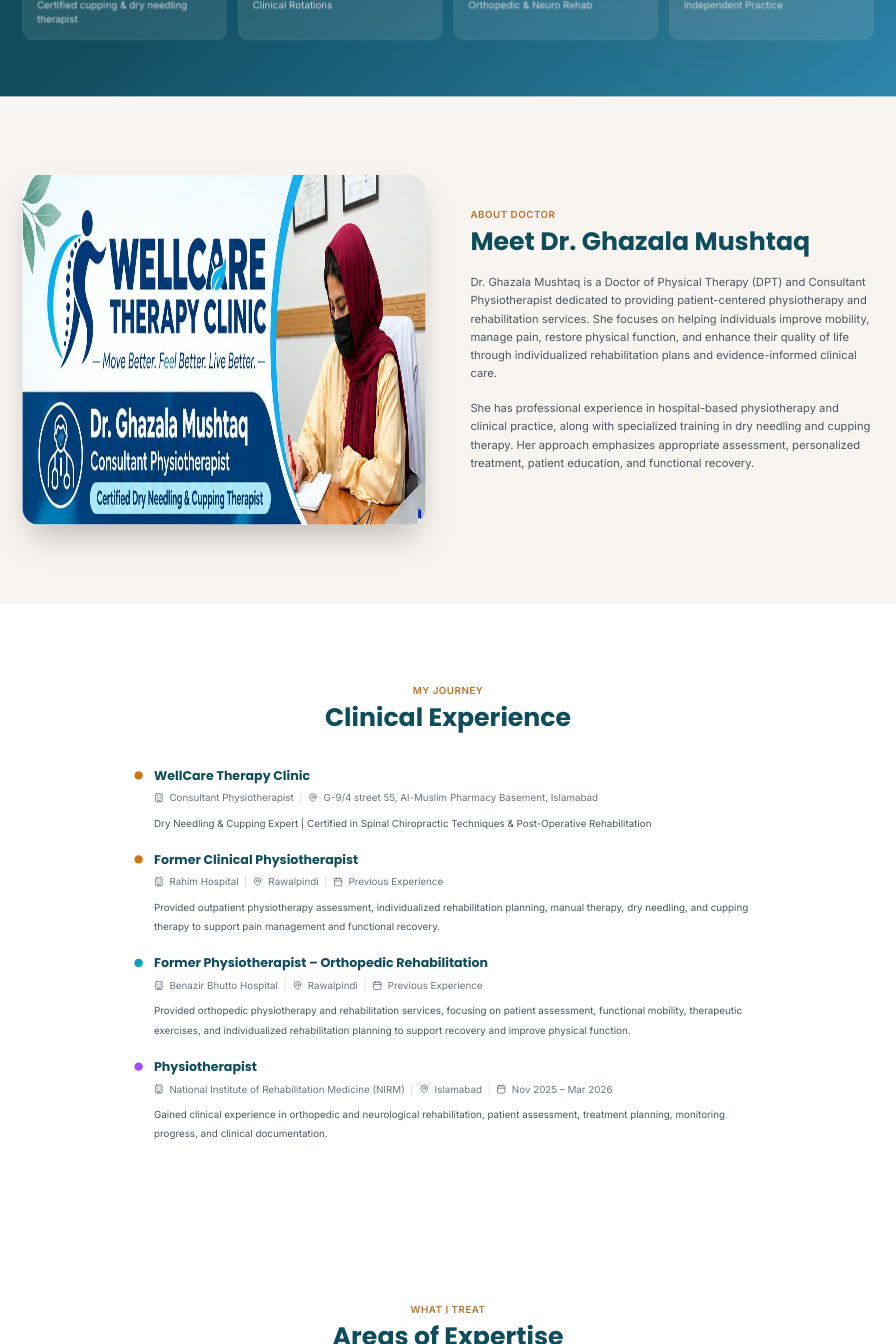
Repository: DaniGull01/dr_ghazala_mushtaq
Page: /
These files come from the project's save history. The page is drawn as it stood at one moment and after the next save; the edit follows.
The browser window is 1280 px wide. The pictures show the part of the page from y = 864 to 2784 px (the page is 12303 px tall before and 12137 px after), at 70% of full size.
Pictures or frames that could not be fetched are drawn as grey boxes. The project was rebuilt for these pictures with package versions that can differ from the ones it lists, and the page was loaded fresh each time. Also part of the build but not shown: vite.config.js.

Above is the page before, as saved 2026-10-21 19:57:27.

### index.html
<!doctype html>
<html lang="en">
  <head>
    <meta charset="UTF-8" />
    <link rel="icon" type="image/svg+xml" href="/vite.svg" />
    <meta name="viewport" content="width=device-width, initial-scale=1.0" />
    <meta name="description" content="Dr. Ghazala Mushtaq - Doctor of Physical Therapy (DPT). Specializing in musculoskeletal, orthopedic, neurological and pediatric rehabilitation." />
    <meta name="keywords" content="physiotherapist, physical therapy, DPT, rehabilitation, Islamabad, Rawalpindi" />
    <link rel="preconnect" href="https://fonts.googleapis.com" />
    <link rel="preconnect" href="https://fonts.gstatic.com" crossorigin />
    <link href="https://fonts.googleapis.com/css2?family=Inter:wght@300;400;500;600;700&family=Poppins:wght@400;500;600;700;800&display=swap" rel="stylesheet" />
    <title>Dr. Ghazala Mushtaq | Doctor of Physical Therapy</title>
  </head>
  <body>
    <div id="root"></div>
    <script type="module" src="/src/main.jsx"></script>
  </body>
</html>

### src/App.jsx
import Navbar from './components/Navbar'
import Hero from './components/Hero'
import About from './components/About'
import Expertise from './components/Expertise'
import Services from './components/Services'
import Experience from './components/Experience'
import Certifications from './components/Certifications'
import Research from './components/Research'
import Skills from './components/Skills'
import Achievements from './components/Achievements'
import WhyChooseMe from './components/WhyChooseMe'
import CTA from './components/CTA'
import Contact from './components/Contact'
import Footer from './components/Footer'
import Reviews from './components/Reviews'

export default function App() {
  return (
    <div className="min-h-screen bg-white">
      <Navbar />
      <Hero />
      <About />
      <Experience />
      <Expertise />
      <Services />

      <Certifications />
      <Research />
      <Skills />
      <Achievements />
      <WhyChooseMe />
       <Reviews/>
      <CTA />
      <Contact />
      <Footer />
    </div>
  )
}

### src/index.css
@import "tailwindcss";

@theme {
  --color-deep-teal: #0F4C5C;
  --color-medical-blue: #2E86AB;
  --color-warm-copper: #B87333;
  --color-light-cream: #F8F5F0;
  --color-soft-gray: #6B7280;

  --font-heading: 'Poppins', sans-serif;
  --font-body: 'Inter', sans-serif;
}

html {
  scroll-behavior: smooth;
}

body {
  font-family: var(--font-body);
  color: #1f2937;
}

::-webkit-scrollbar {
  width: 8px;
}

::-webkit-scrollbar-track {
  background: #f1f1f1;
}

::-webkit-scrollbar-thumb {
  background: var(--color-medical-blue);
  border-radius: 4px;
}

::selection {
  background: var(--color-medical-blue);
  color: white;
}

### src/components/About.jsx
import { motion } from 'framer-motion'
import { Quote } from 'lucide-react'

const fadeUp = {
  hidden: { opacity: 0, y: 40 },
  visible: { opacity: 1, y: 0 },
}

export default function About() {
  return (
    <section id="about" className="py-20 lg:py-28 bg-light-cream">
      <div className="max-w-7xl mx-auto px-4 sm:px-6 lg:px-8">
        <div className="grid lg:grid-cols-2 gap-12 lg:gap-16 items-center">
          {/* Left - Image Placeholder */}
          <motion.div
            initial="hidden"
            whileInView="visible"
            viewport={{ once: true, margin: '-100px' }}
            variants={fadeUp}
            transition={{ duration: 0.6 }}
            className="relative"
          >
            <div className="relative rounded-3xl overflow-hidden shadow-2xl">
              <div className="w-full h-[500px]">
                <img
                  src="./About-pic.jpeg"
                  alt="Dr. Ghazala Mushtaq"
                  className="w-full h-full object-fill"
                />
                {/* Gradient overlay */}

              </div>
            </div>
            {/* Decorative elements */}
            <div className="absolute -bottom-4 -right-4 w-24 h-24 border-2 border-warm-copper/30 rounded-2xl -z-10" />
            <div className="absolute -top-4 -left-4 w-24 h-24 bg-warm-copper/10 rounded-2xl -z-10" />
          </motion.div>

          {/* Right - Content */}
          <motion.div
            initial="hidden"
            whileInView="visible"
            viewport={{ once: true, margin: '-100px' }}
            variants={fadeUp}
            transition={{ duration: 0.6, delay: 0.2 }}
          >
            <span className="text-warm-copper font-semibold text-sm tracking-wider uppercase">About Doctor</span>
            <h2 className="text-3xl lg:text-4xl font-heading font-bold text-deep-teal mt-2 mb-6">
              Meet Dr. Ghazala Mushtaq
            </h2>
            <p className="text-gray-600 leading-relaxed mb-6">
             Dr. Ghazala Mushtaq is a Doctor of Physical Therapy (DPT) and Consultant Physiotherapist dedicated to providing patient-centered physiotherapy and rehabilitation services. She focuses on helping individuals improve mobility, manage pain, restore physical function, and enhance their quality of life through individualized rehabilitation plans and evidence-informed clinical care.
            </p>
            <p className="text-gray-600 leading-relaxed mb-8">
              She has professional experience in hospital-based physiotherapy and clinical practice, along with specialized training in dry needling and cupping therapy. Her approach emphasizes appropriate assessment, personalized treatment, patient education, and functional recovery.
            </p>


          </motion.div>
        </div>
      </div>
    </section>
  )
}

### src/components/Experience.jsx

import { Building, MapPin, Calendar } from 'lucide-react'

const experiences = [
   {
    title: 'WellCare Therapy Clinic',
    org: 'Consultant Physiotherapist',
    location: 'G-9/4 street 55, Al-Muslim Pharmacy Basement, Islamabad',
    period: '',
    description:
      'Dry Needling & Cupping Expert | Certified in Spinal Chiropractic Techniques & Post-Operative Rehabilitation',
    color: 'from-warm-copper to-amber-600',
  },
  {
    period: 'Previous Experience',
    title: 'Former Clinical Physiotherapist',
    org: 'Rahim Hospital',
    location: 'Rawalpindi',
    description:
      'Provided outpatient physiotherapy assessment, individualized rehabilitation planning, manual therapy, dry needling, and cupping therapy to support pain management and functional recovery.',
    color: 'from-warm-copper to-amber-600',
  },
  {
    period: 'Previous Experience',
    title: 'Former Physiotherapist – Orthopedic Rehabilitation',
    org: 'Benazir Bhutto Hospital',
    location: 'Rawalpindi',
    description:
      'Provided orthopedic physiotherapy and rehabilitation services, focusing on patient assessment, functional mobility, therapeutic exercises, and individualized rehabilitation planning to support recovery and improve physical function.',
    color: 'from-medical-blue to-cyan-500',
  },
  {
    period: 'Nov 2025 – Mar 2026',
    title: 'Physiotherapist',
    org: 'National Institute of Rehabilitation Medicine (NIRM)',
    location: 'Islamabad',
    description:
      'Gained clinical experience in orthopedic and neurological rehabilitation, patient assessment, treatment planning, monitoring progress, and clinical documentation.',
    color: 'from-purple-500 to-violet-500',
  }
]
export default function Experience() {
  return (
    <section id="experience" className="py-20 lg:py-28 bg-white">
      <div className="max-w-7xl mx-auto px-4 sm:px-6 lg:px-8">
        <div className="text-center mb-12">
          <span className="text-warm-copper font-semibold text-sm tracking-wider uppercase">
            My Journey
          </span>

          <h2 className="text-3xl lg:text-4xl font-heading font-bold text-deep-teal mt-2">
            Clinical Experience
          </h2>
        </div>

        <div className="max-w-4xl mx-auto">
          <ul className="space-y-6">
            {experiences.map((exp) => (
              <li key={exp.title} className="flex items-start gap-4">
                <div
                  className={`mt-2 w-3 h-3 rounded-full bg-gradient-to-br ${exp.color} flex-shrink-0`}
                />

                <div className="flex-1">
                  <h3 className="text-lg font-heading font-bold text-deep-teal mb-2">
                    {exp.title}
                  </h3>

                  <div className="flex flex-wrap items-center gap-2 text-gray-500 text-sm mb-3">
                    <Building size={14} />
                    <span>{exp.org}</span>

                    {exp.location && (
                      <>
                        <span className="text-gray-300">|</span>
                        <MapPin size={14} />
                        <span>{exp.location}</span>
                      </>
                    )}

                    {exp.period && (
                      <>
                        <span className="text-gray-300">|</span>
                        <Calendar size={14} />
                        <span>{exp.period}</span>
                      </>
                    )}
                  </div>

                  <p className="text-gray-600 text-sm leading-7">
                    {exp.description}
                  </p>
                </div>
              </li>
            ))}
          </ul>
        </div>
      </div>
    </section>
  )
}

### src/components/Skills.jsx
import { motion } from 'framer-motion'
import { useInView } from 'framer-motion'
import { useRef } from 'react'

const skills = [
  { name: 'Patient Assessment', level: 95 },
  { name: 'Manual Therapy', level: 92 },
  { name: 'Musculoskeletal Rehabilitation', level: 93 },
  { name: 'Orthopedic Rehabilitation', level: 90 },
  { name: 'Neurological Rehabilitation', level: 85 },
  { name: 'Dry Needling', level: 88 },
  { name: 'Cupping Therapy', level: 90 },
  { name: 'Electrotherapy', level: 87 },
  { name: 'Pain Management', level: 91 },
  { name: 'Documentation & Reporting', level: 89 },
]

function SkillBar({ name, level, index }) {
  const ref = useRef(null)
  const isInView = useInView(ref, { once: true, margin: '-50px' })

  return (
    <div ref={ref} className="space-y-2">
      <div className="flex justify-between items-center">
        <span className="text-sm font-medium text-gray-700">{name}</span>
        <span className="text-xs font-bold text-medical-blue">{level}%</span>
      </div>
      <div className="w-full h-2.5 bg-gray-100 rounded-full overflow-hidden">
        <motion.div
          initial={{ width: 0 }}
          animate={isInView ? { width: `${level}%` } : { width: 0 }}
          transition={{ duration: 1, delay: index * 0.1, ease: 'easeOut' }}
          className="h-full rounded-full bg-gradient-to-r from-medical-blue to-deep-teal"
        />
      </div>
    </div>
  )
}

export default function Skills() {
  return (
    <section id="skills" className="py-20 lg:py-28 bg-light-cream">
      <div className="max-w-7xl mx-auto px-4 sm:px-6 lg:px-8">
        <motion.div
          initial={{ opacity: 0, y: 30 }}
          whileInView={{ opacity: 1, y: 0 }}
          viewport={{ once: true }}
          transition={{ duration: 0.6 }}
          className="text-center mb-16"
        >
          <span className="text-warm-copper font-semibold text-sm tracking-wider uppercase">Proficiencies</span>
          <h2 className="text-3xl lg:text-4xl font-heading font-bold text-deep-teal mt-2">
            Professional Skills
          </h2>
          <p className="text-gray-500 mt-4 max-w-2xl mx-auto">
            Clinical competencies developed through rigorous training and practice
          </p>
        </motion.div>

        <div className="grid lg:grid-cols-5 gap-8 items-center max-w-5xl mx-auto">
          {/* Skills Bars */}
          <div className="lg:col-span-3">
            <div className="grid sm:grid-cols-2 gap-x-12 gap-y-6">
              {skills.map((skill, index) => (
                <SkillBar key={skill.name} name={skill.name} level={skill.level} index={index} />
              ))}
            </div>
          </div>

          {/* Image */}
          <motion.div
            initial={{ opacity: 0, x: 30 }}
            whileInView={{ opacity: 1, x: 0 }}
            viewport={{ once: true }}
            transition={{ duration: 0.6, delay: 0.3 }}
            className="lg:col-span-2"
          >
            <div className="relative rounded-3xl overflow-hidden shadow-xl">
              <img
                src="https://images.unsplash.com/photo-1579684385127-1ef15d508118?w=500&q=80"
                alt="Physiotherapy practice"
                className="w-full h-72 lg:h-96 object-cover"
                loading="lazy"
              />
              <div className="absolute inset-0 bg-gradient-to-t from-deep-teal/50 via-transparent to-transparent" />
              <div className="absolute bottom-6 left-6 right-6">
                <p className="text-white font-heading font-semibold text-lg">Comprehensive Care</p>
                <p className="text-white/80 text-sm">Evidence-based techniques for every condition</p>
              </div>
            </div>
          </motion.div>
        </div>
      </div>
    </section>
  )
}

### src/components/CTA.jsx
import { motion } from 'framer-motion'
import { Calendar, MessageCircle } from 'lucide-react'

export default function CTA() {
  return (
    <section className="relative py-24 lg:py-32 overflow-hidden">
      {/* Background */}
      <div className="absolute inset-0 bg-gradient-to-br from-deep-teal via-deep-teal to-medical-blue" />

      {/* Medical Background Image */}
      <div
        className="absolute inset-0 opacity-10"
        style={{
          backgroundImage: "url('https://images.unsplash.com/photo-1576091160399-112ba8d25d1d?w=1920&q=80')",
          backgroundSize: 'cover',
          backgroundPosition: 'center',
        }}
      />

      {/* Abstract Medical Shapes */}
      <div className="absolute inset-0 opacity-10">
        <div className="absolute top-10 left-10 w-64 h-64 border border-white/30 rounded-full" />
        <div className="absolute bottom-10 right-10 w-80 h-80 border border-white/20 rounded-full" />
        <div className="absolute top-1/2 left-1/2 -translate-x-1/2 -translate-y-1/2 w-96 h-96 border border-white/10 rounded-full" />
        <div className="absolute top-20 right-20 w-48 h-48 bg-white/10 rounded-full blur-3xl" />
        <div className="absolute bottom-20 left-20 w-56 h-56 bg-warm-copper/20 rounded-full blur-3xl" />
        {/* Cross/plus medical symbols */}
        <div className="absolute top-1/4 left-1/4 text-white/20 text-6xl font-light">+</div>
        <div className="absolute bottom-1/4 right-1/4 text-white/20 text-6xl font-light">+</div>
      </div>

      <div className="relative max-w-4xl mx-auto px-4 sm:px-6 lg:px-8 text-center">
        <motion.div
          initial={{ opacity: 0, y: 30 }}
          whileInView={{ opacity: 1, y: 0 }}
          viewport={{ once: true }}
          transition={{ duration: 0.6 }}
        >
          <h2 className="text-3xl sm:text-4xl lg:text-5xl font-heading font-bold text-white mb-6 leading-tight">
            Start Your Recovery Journey Today
          </h2>
          <p className="text-gray-200 text-lg max-w-2xl mx-auto mb-10 leading-relaxed">
            Take the first step toward a pain-free, active lifestyle. Book your consultation now and experience personalized physiotherapy care.
          </p>
          <div className="flex flex-wrap justify-center gap-4">
            <a
              href="#contact"
              className="inline-flex items-center gap-2 bg-warm-copper hover:bg-warm-copper/90 text-white px-8 py-3.5 rounded-full font-semibold text-base transition-all hover:shadow-xl hover:shadow-warm-copper/30"
            >
              <Calendar size={18} />
              Book Appointment
            </a>
            <a
              href="https://wa.me/923188910400"
              target="_blank"
              rel="noopener noreferrer"
              className="inline-flex items-center gap-2 bg-white/10 hover:bg-white/20 text-white px-8 py-3.5 rounded-full font-semibold text-base transition-all border border-white/30"
            >
              <MessageCircle size={18} />
              WhatsApp Consultation
            </a>
          </div>
        </motion.div>
      </div>
    </section>
  )
}

### src/components/Reviews.jsx
import { motion } from 'framer-motion'
import ReviewsList from './ReviewsList'
import ReviewForm from './ReviewForm'

export default function Reviews() {
  return (
    <section id="reviews" className="py-20 lg:py-28 bg-light-cream">
      <div className="max-w-7xl mx-auto px-4 sm:px-6 lg:px-8">
        <motion.div
          initial={{ opacity: 0, y: 30 }}
          whileInView={{ opacity: 1, y: 0 }}
          viewport={{ once: true }}
          transition={{ duration: 0.6 }}
          className="text-center mb-16"
        >
          <span className="text-warm-copper font-semibold text-sm tracking-wider uppercase">
            Patient Feedback
          </span>
          <h2 className="text-3xl lg:text-4xl font-heading font-bold text-deep-teal mt-2">
            What Patients Say
          </h2>
          <p className="text-gray-500 mt-4 max-w-2xl mx-auto">
            Real experiences from people who've completed treatment
          </p>
        </motion.div>

        <div className="grid lg:grid-cols-5 gap-8 items-start">
          {/* Reviews take more visual weight — social proof first */}
          <div className="lg:col-span-3">
            <ReviewsList />
          </div>
          <div className="lg:col-span-2 lg:sticky lg:top-24">
            <ReviewForm />
          </div>
        </div>
      </div>
    </section>
  )
}

Loaded but not shown: src/main.jsx (common file); src/components/Contact.jsx (258 lines, source omitted); src/components/Services.jsx (236 lines, source omitted); src/components/ReviewsList.jsx (208 lines, source omitted); src/components/ReviewForm.jsx (196 lines, source omitted); src/components/Hero.jsx (137 lines, source omitted); src/components/Navbar.jsx (142 lines, source omitted); src/components/Expertise.jsx (134 lines, source omitted); src/components/Achievements.jsx (101 lines, source omitted); src/components/Footer.jsx (106 lines, source omitted); src/components/Certifications.jsx (111 lines, source omitted); src/components/Research.jsx (82 lines, source omitted); src/components/WhyChooseMe.jsx (90 lines, source omitted)

After the next save:
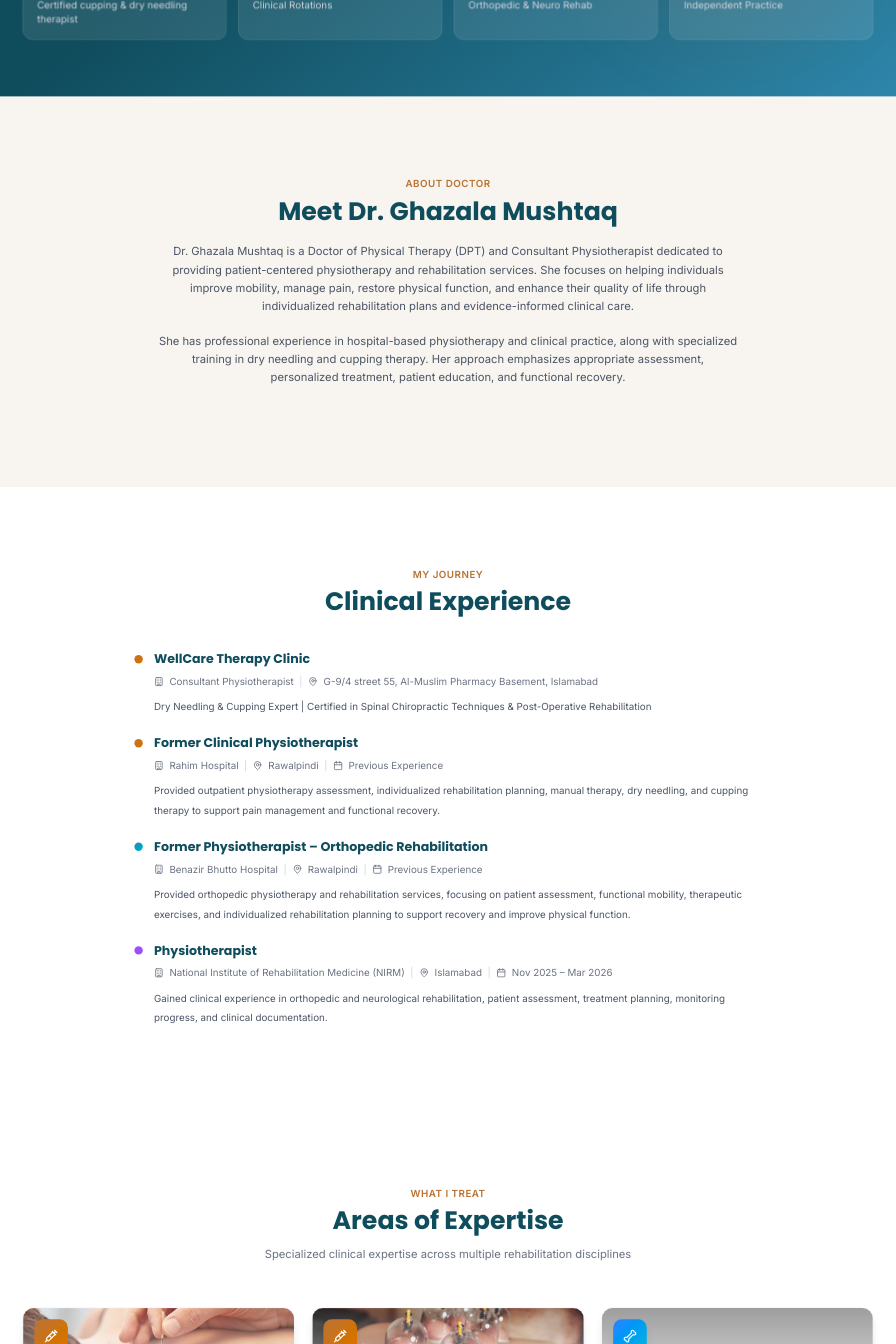
Saved 3 min 42 s later.
--- a/src/components/About.jsx
+++ b/src/components/About.jsx
@@ -1,5 +1,4 @@
 import { motion } from 'framer-motion'
-import { Quote } from 'lucide-react'
 
 const fadeUp = {
   hidden: { opacity: 0, y: 40 },
@@ -9,55 +8,41 @@ const fadeUp = {
 export default function About() {
   return (
     <section id="about" className="py-20 lg:py-28 bg-light-cream">
-      <div className="max-w-7xl mx-auto px-4 sm:px-6 lg:px-8">
-        <div className="grid lg:grid-cols-2 gap-12 lg:gap-16 items-center">
-          {/* Left - Image Placeholder */}
-          <motion.div
-            initial="hidden"
-            whileInView="visible"
-            viewport={{ once: true, margin: '-100px' }}
-            variants={fadeUp}
-            transition={{ duration: 0.6 }}
-            className="relative"
-          >
-            <div className="relative rounded-3xl overflow-hidden shadow-2xl">
-              <div className="w-full h-[500px]">
-                <img
-                  src="./About-pic.jpeg"
-                  alt="Dr. Ghazala Mushtaq"
-                  className="w-full h-full object-fill"
-                />
-                {/* Gradient overlay */}
+      <div className="max-w-4xl mx-auto px-4 sm:px-6 lg:px-8">
+        <motion.div
+          initial="hidden"
+          whileInView="visible"
+          viewport={{ once: true, margin: '-100px' }}
+          variants={fadeUp}
+          transition={{ duration: 0.6 }}
+          className="text-center"
+        >
+          <span className="text-warm-copper font-semibold text-sm tracking-wider uppercase">
+            About Doctor
+          </span>
 
-              </div>
-            </div>
-            {/* Decorative elements */}
-            <div className="absolute -bottom-4 -right-4 w-24 h-24 border-2 border-warm-copper/30 rounded-2xl -z-10" />
-            <div className="absolute -top-4 -left-4 w-24 h-24 bg-warm-copper/10 rounded-2xl -z-10" />
-          </motion.div>
+          <h2 className="text-3xl lg:text-4xl font-heading font-bold text-deep-teal mt-2 mb-6">
+            Meet Dr. Ghazala Mushtaq
+          </h2>
 
-          {/* Right - Content */}
-          <motion.div
-            initial="hidden"
-            whileInView="visible"
-            viewport={{ once: true, margin: '-100px' }}
-            variants={fadeUp}
-            transition={{ duration: 0.6, delay: 0.2 }}
-          >
-            <span className="text-warm-copper font-semibold text-sm tracking-wider uppercase">About Doctor</span>
-            <h2 className="text-3xl lg:text-4xl font-heading font-bold text-deep-teal mt-2 mb-6">
-              Meet Dr. Ghazala Mushtaq
-            </h2>
-            <p className="text-gray-600 leading-relaxed mb-6">
-             Dr. Ghazala Mushtaq is a Doctor of Physical Therapy (DPT) and Consultant Physiotherapist dedicated to providing patient-centered physiotherapy and rehabilitation services. She focuses on helping individuals improve mobility, manage pain, restore physical function, and enhance their quality of life through individualized rehabilitation plans and evidence-informed clinical care.
-            </p>
-            <p className="text-gray-600 leading-relaxed mb-8">
-              She has professional experience in hospital-based physiotherapy and clinical practice, along with specialized training in dry needling and cupping therapy. Her approach emphasizes appropriate assessment, personalized treatment, patient education, and functional recovery.
-            </p>
+          <p className="text-gray-600 leading-relaxed mb-6">
+            Dr. Ghazala Mushtaq is a Doctor of Physical Therapy (DPT)
+            and Consultant Physiotherapist dedicated to providing
+            patient-centered physiotherapy and rehabilitation services.
+            She focuses on helping individuals improve mobility, manage
+            pain, restore physical function, and enhance their quality
+            of life through individualized rehabilitation plans and
+            evidence-informed clinical care.
+          </p>
 
-
-          </motion.div>
-        </div>
+          <p className="text-gray-600 leading-relaxed mb-8">
+            She has professional experience in hospital-based
+            physiotherapy and clinical practice, along with specialized
+            training in dry needling and cupping therapy. Her approach
+            emphasizes appropriate assessment, personalized treatment,
+            patient education, and functional recovery.
+          </p>
+        </motion.div>
       </div>
     </section>
   )
